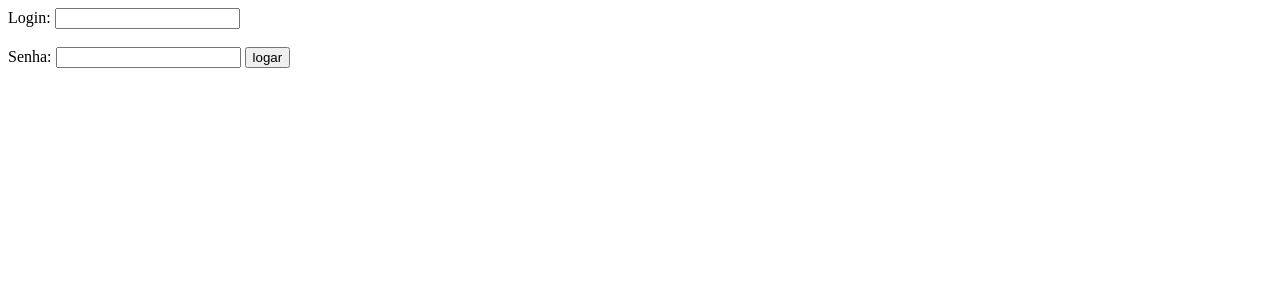
Repository: Ericleitonmacedo/Servlet
Page: TED/agenda/WebContent/index.html
An editor plug-in stored every save of this project. The page is shown before and after the next save, followed by the edit.
The browser window is 1280 px wide. The pictures show the whole page.

Above is the page before, as saved 2020-09-29 08:53:24.

### TED/agenda/WebContent/index.html
<!DOCTYPE html>
<html>
<head>
<meta charset="ISO-8859-1">
<title>Login Agenda</title>
</head>
<body>
	<form id="form-agenda" action="AgendaServlet" method="POST">
		Login: <input type="text" name="login" id="login"><br></br>
		Senha: <input type="password" name="senha" id="senha">
		<input type="submit" value="logar" id="logar">
	</form>
</body>
</html>

After the next save:
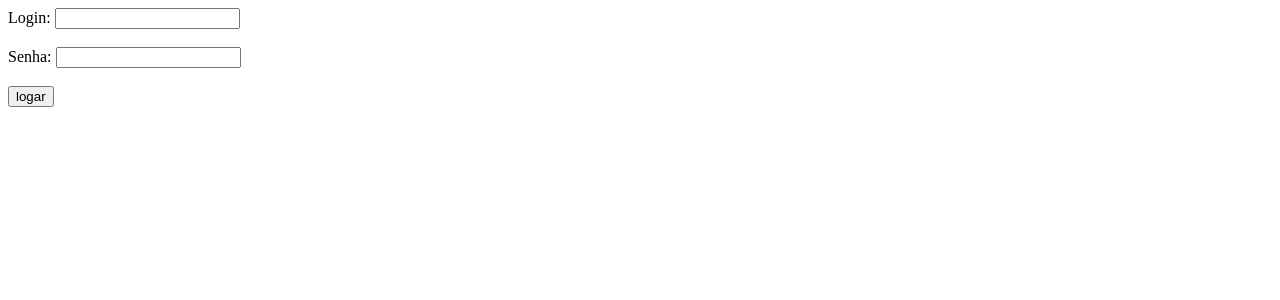
Saved 4 s later.
--- a/TED/agenda/WebContent/index.html
+++ b/TED/agenda/WebContent/index.html
@@ -7,7 +7,7 @@
 <body>
 	<form id="form-agenda" action="AgendaServlet" method="POST">
 		Login: <input type="text" name="login" id="login"><br></br>
-		Senha: <input type="password" name="senha" id="senha">
+		Senha: <input type="password" name="senha" id="senha"><br></br>
 		<input type="submit" value="logar" id="logar">
 	</form>
 </body>
